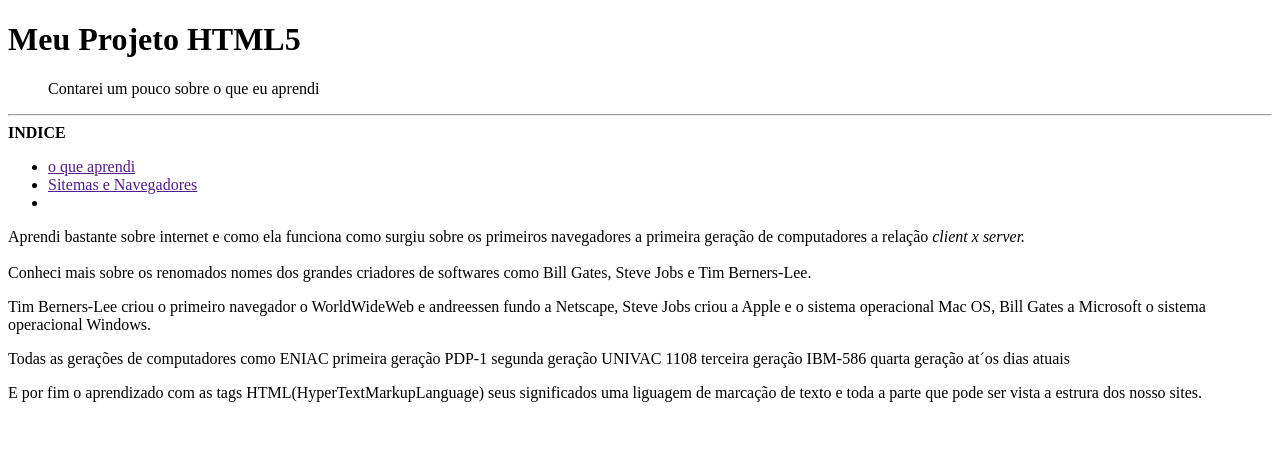
Repository: gustavotwist/meu-html
Page: index.html
These files come from the project's save history. The page is drawn as it stood at one moment and after the next save; the edit follows.
The browser window is 1280 px wide. The pictures show the whole page.

Above is the page before, as saved 2024-04-24 22:26:09.

After the next save:
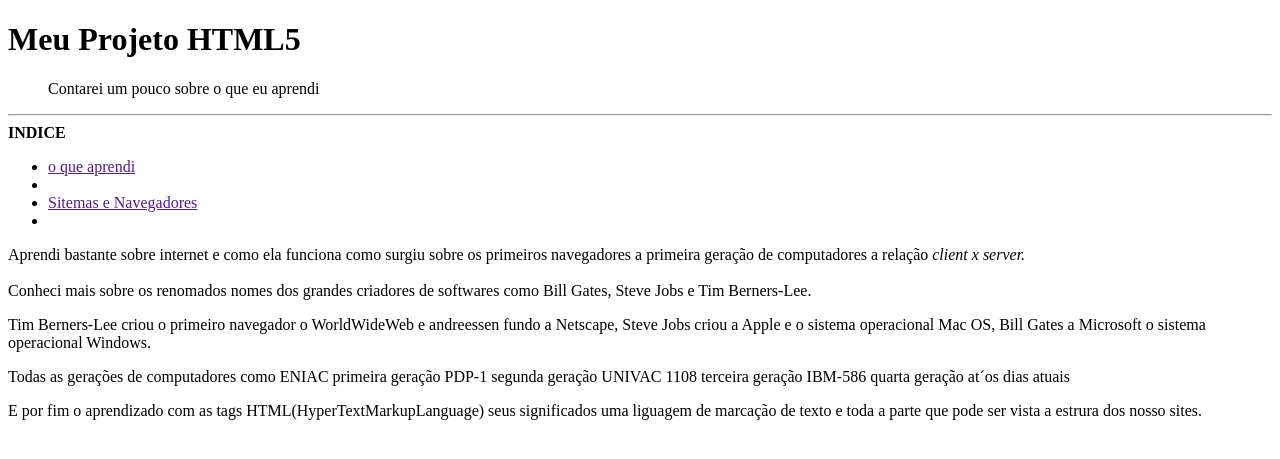
Saved 9 s later.
--- a/index.html
+++ b/index.html
@@ -11,7 +11,7 @@
     <strong>INDICE</strong>
     <ul>
         <li><a href="">o que aprendi</a></li>
-        <li><a href="">Sitemas e Navegadores</a></li>
+        <li><li><a href="">Sitemas e Navegadores</a></li></li>
         <li></li>
     </ul>
 

After the save that followed:
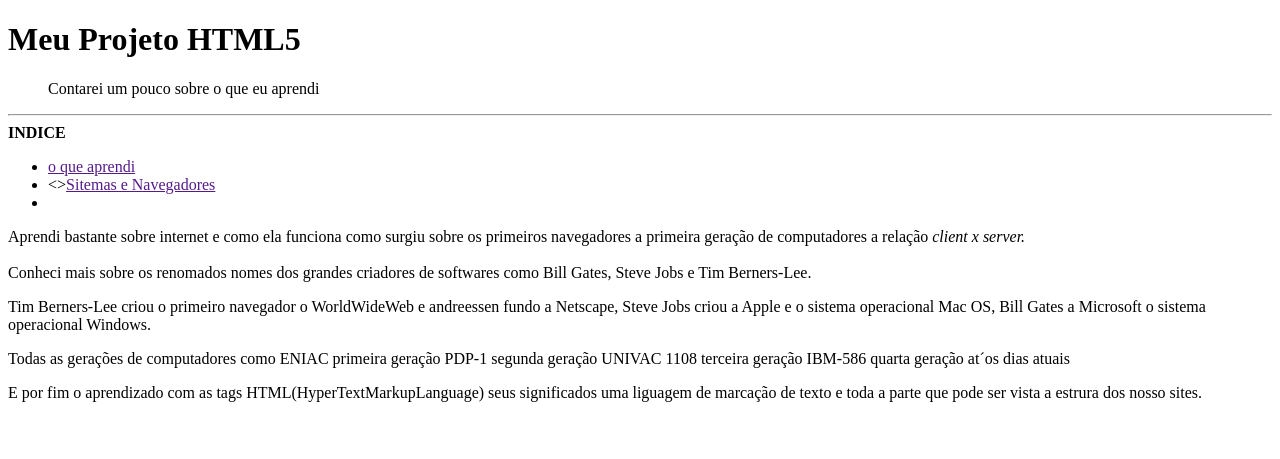
Saved 12 s later.
--- a/index.html
+++ b/index.html
@@ -11,7 +11,7 @@
     <strong>INDICE</strong>
     <ul>
         <li><a href="">o que aprendi</a></li>
-        <li><li><a href="">Sitemas e Navegadores</a></li></li>
+        <li><><a href="">Sitemas e Navegadores</a></li>
         <li></li>
     </ul>
 
